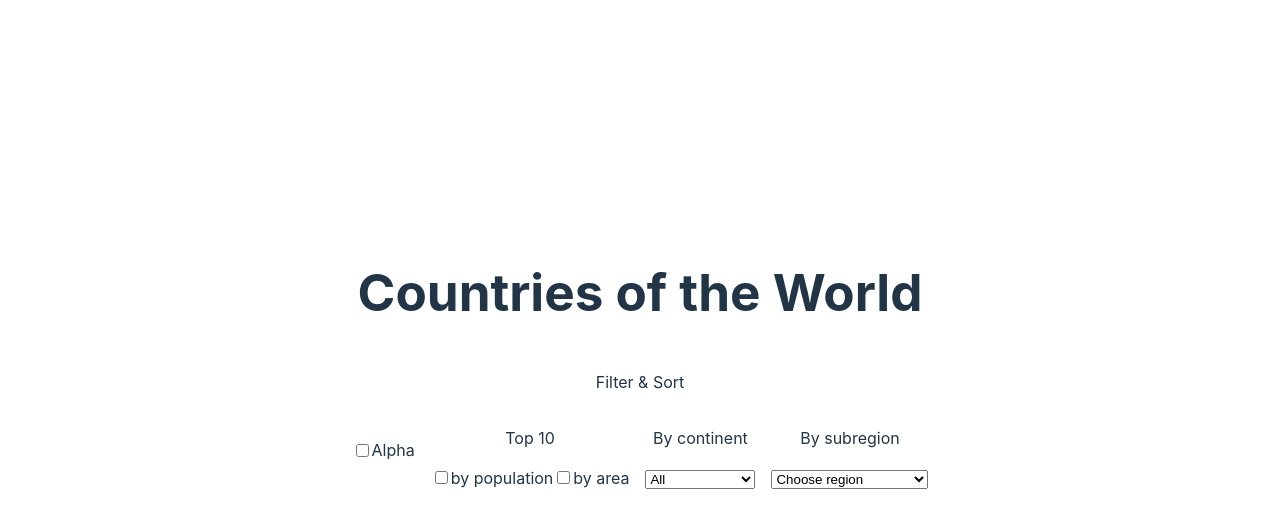
Repository: SamanthaYan298/my_countries
Page: /
An editor plug-in stored every save of this project. The page is shown before and after the next save, followed by the edit.
The browser window is 1280 px wide. The pictures show the whole page.
The project was rebuilt for these pictures with package versions that can differ from the ones it lists, and the page was loaded fresh each time. Also part of the build but not shown: vite.config.js.

Above is the page before, as saved 2024-11-04 17:03:23.

### src/App.jsx
import { useState } from 'react'
import './App.css'

function App() {

  return (
    <>
      <h1>Countries of the World</h1>
      <div className="container">
        <div className='inner-container'>
          <p>Filter & Sort</p>
          <div className='filters'>
            <div className='alpha'>
              <input type="checkbox"/>
              <p>Alpha</p>
            </div>
            <div>
              <p>Top 10</p>
              <input type="checkbox"/>
              <label htmlFor="by-population">by population</label>
              <input type="checkbox" />
              <label htmlFor="by-area">by area</label>
            </div>
            <div>
              <p>By continent</p>
              <select>
                <option value="All">All</option>
                <option value="Antarctica">Antarctica</option>
                <option value="North America">North America</option>
                <option value="Europe">Europe</option>
                <option value="Africa">Africa</option>
                <option value="Asia">Asia</option>
                <option value="Oceania">Oceania</option>
                <option value="South America">South America</option>
              </select>
            </div>
            <div>
            <p>By subregion</p>
              <select>
                <option value="Choose region">Choose region</option>
                <option value="Caribbean">Caribbean</option>
                <option value="Western Europe">Western Europe</option>
                <option value="Western Africa">Western Africa</option>
                <option value="Central Europ">Central Europ</option>
                <option value="Estern Asia">Estern Asia</option>
                <option value="Polynesia">Polynesia</option>
                <option value="North Africa">North Africa</option>
                <option value="Southern Europe">Southern Europe</option>
                <option value="Southern-Eastern Asia">Southern-Eastern Asia</option>
              </select>
            </div>
          </div>
        </div>
      </div>
    </>
  )
}

export default App

### src/App.css
#root {
  max-width: 1280px;
  margin: 0 auto;
  padding: 2rem;
  text-align: center;
}

.container {
  display: flex;
  flex-direction: row;
  align-items: center;
  text-align: center;
  justify-content: space-between;
}

.filters {
  display: flex;
  flex-direction: row;
  align-items: center;
  text-align: center;
}

.alpha {
  display: flex;
  flex-direction: row;
  align-items: center;
  text-align: center;
}

.filters {
  align-items: center;
  text-align: center;
  justify-content: space-between;
  gap: 1rem;
}

Loaded but not shown: index.html (common file); src/main.jsx (common file); src/index.css (common file)

After the next save:
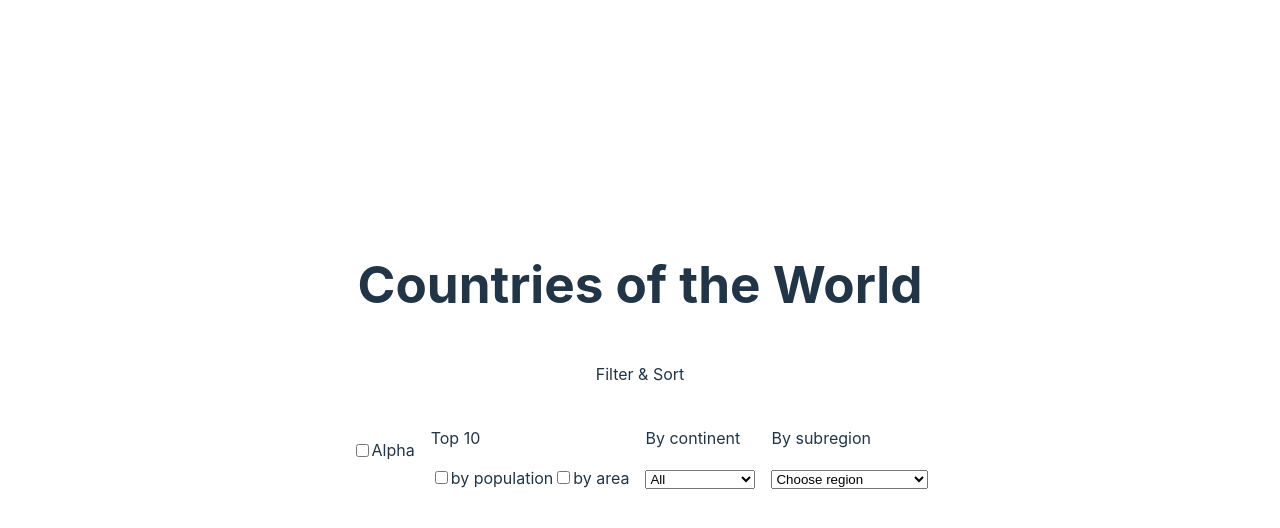
Saved 35 s later.
--- a/src/App.css
+++ b/src/App.css
@@ -32,4 +32,6 @@
   text-align: center;
   justify-content: space-between;
   gap: 1rem;
+  text-align: left;
+  padding: 0.5rem;
 }
